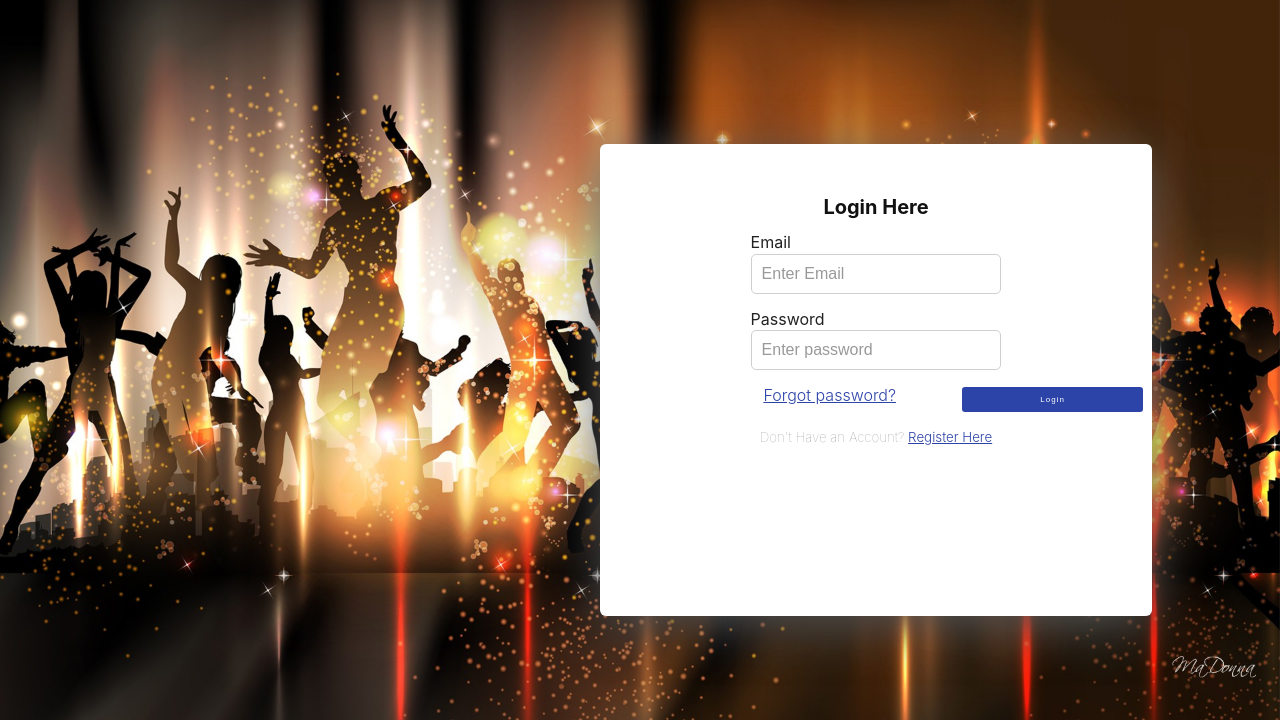
Repository: Fortune-Labs/Event-management-system-CapstoneG3
Page: /login (app in frontend/)
The author's editor kept a copy of each file at every save. The page is drawn from the files as they stood at one save, then again after the next save.
The browser window is 1280 px wide. The pictures show the whole page.
The project was rebuilt for these pictures with package versions that can differ from the ones it lists, and the page was loaded fresh each time. Also part of the build but not shown: frontend/src/components/LoginSignup/errorMessages.js, frontend/src/components/LoginSignup/register.jsx, frontend/src/components/LoginSignup/verificationCode.jsx, frontend/src/components/LoginSignup/passwordReset.jsx.

Above is the page before, as saved 2020-09-09 13:42:24.

### frontend/src/App.js
import React from "react";
import "./App.css";
import Register from "./components/LoginSignup/register";
import Login from "./components/LoginSignup/login";
import passwordReset from "./components/LoginSignup/passwordReset";
import { BrowserRouter, Switch, Route } from "react-router-dom";

function App() {
  return (
    <div className="App">
      <BrowserRouter>
        <Switch>
          <div className="App">
            <Route path="/login" component={Login} />
            <Route path="/passwordReset" component={passwordReset} />
            <Route exact path="/register" component={Register} />
          </div>
        </Switch>
      </BrowserRouter>
    </div>
  );
}

export default App;

### frontend/src/components/LoginSignup/login.jsx
import React, { Component } from "react";
import "./style.css";
import { Link } from "react-router-dom";

class Login extends Component {
  render() {
    return (
      <div className="login-wrapper">
        <div className="login-form-wrapper">
          <h1 className="login-header">Login Here</h1>

          <form className="login-form">
            <div className="login-email">
              <label>Email</label>
              <input type="text" name="email" placeholder="Enter Email" />
            </div>

            <div className="login-password">
              <label>Password</label>
              <input
                name="password"
                type="password"
                placeholder="Enter password"
                required
              ></input>
            </div>

            <div className="login">
              <div className="reset-pwd">
                <Link to="/passwordReset" className="forgot">
                  Forgot password?
                </Link>
              </div>
              <div className="btn">
                <button className="">Login</button>
              </div>
            </div>
            <div>
              <small>
                Don't Have an Account? <Link to="register">Register Here</Link>
              </small>
            </div>
          </form>
        </div>
      </div>
    );
  }
}

export default Login;

### frontend/src/components/LoginSignup/style.css
.wrapper {
  height: 100vh;
  width: 100%;
  display: flex;
  flex-direction: column;
  justify-content: center;
  align-items: center;
  background-color: #f2f2f2;
  margin: 0;
}

.form-wrapper {
  /* height: 100%; */
  min-height: 25rem;
  width: 30%;
  display: flex;
  flex-direction: column;
  padding: 20px;
  border-radius: 6px;
  box-shadow: 0px 10px 50px #555;
  background-color: #ffffff;
}

.register-header {
  text-align: center;
  width: 100%;
  color: #111;
  font-size: 16px;
  font-weight: bold;
  font-family: -apple-system, BlinkMacSystemFont, "Segoe UI", Roboto, Oxygen,
    Ubuntu, Cantarell, "Open Sans", "Helvetica Neue", sans-serif;
}

.register-form {
  width: 100%;
  display: flex;
  flex-wrap: wrap;
  align-items: center;
  justify-content: center;
}

label {
  font-size: 16px;
  margin-bottom: 0.09em;
  color: #222;
  font-weight: 12px;
  text-align: left;
}

input[type="text"],
select {
  padding: 10px 10px;
  border-radius: 5px;
  outline: none;
  border: 1px solid #cfcfcf;
  font-size: 0.8em;
}
input[type="password"] {
  padding: 10px 10px;
  border-radius: 5px;
  outline: none;
  border: 1px solid #cfcfcf;
  font-size: 0.6em;
}

input[type="tel"] {
  padding: 10px 10px;
  border-radius: 5px;
  outline: none;
  border: 1px solid #cfcfcf;
  font-size: 0.6em;
}
input::placeholder {
  font-size: 1em;
  font-weight: lighter;
  color: #999;
}

.firstName,
.email,
.cpassword,
.phone {
  margin-right: 1%;
}

.lastName,
.password,
.address,
.username {
  margin-left: 1%;
}

.firstName,
.lastName,
.email,
.password,
.cpassword,
.phone,
.address,
.username {
  display: flex;
  flex-direction: column;
  margin-bottom: 15px;
}

.firstName,
.lastName,
.email,
.password,
.cpassword,
.address,
.phone,
.username {
  width: 49%;
}

.register {
  width: 100%;
  display: flex;
  flex-direction: column;
  align-items: center;
}

.register button {
  background-color: #2c43a8;
  color: #fff;
  border: 2px solid #fff;
  border-radius: 5px;
  width: 40%;
  margin-top: 1em;
  padding: 8px 0px;
  font-size: 0.7em;
  font-weight: lighter;
  letter-spacing: 1px;
  margin-bottom: 0.25em;
}

.register button:hover {
  color: #519e8a;
  background-color: #fff;
  border: 2px solid #519e8a;
}

.register small {
  color: #999;
  font-weight: lighter;
}
/* Login style */

.login-wrapper {
  height: 100vh;
  width: 100%;
  display: flex;
  flex-direction: column;
  justify-content: center;
  align-items: center;
  background-image: url("../Images/login-background.jpg");
  background-size: cover;
  background-color: #f2f2f2;
  margin: 0;
  position: relative;
}

.login-form-wrapper {
  height: 60%;
  width: 40%;
  display: flex;
  position: absolute;
  right: 10%;
  margin-right: -25;
  top: 20%;
  margin-top: -25;
  overflow: hidden;
  flex-direction: column;
  padding: 20px;
  border-radius: 6px;
  box-shadow: 0px 10px 50px #555;
  background-color: #ffffff;
}

.login-header {
  text-align: center;
  width: 100%;
  color: #111;
  font-size: 20px;
  font-weight: bold;
  margin-top: 6%;
  font-family: -apple-system, BlinkMacSystemFont, "Segoe UI", Roboto, Oxygen,
    Ubuntu, Cantarell, "Open Sans", "Helvetica Neue", sans-serif;
}

.login-form-wrapper input {
  padding: 10px 10px;
  border-radius: 5px;
  outline: none;
  border: 1px solid #cfcfcf;
  font-size: 1em;
}

.login-form-wrapper input::placeholder {
  font-size: 1em;
  font-weight: lighter;
  color: #999;
}
.login-form {
  width: 100%;
  display: flex;
  flex-direction: column;
  align-items: center;
  justify-content: center;
}

.login-email,
.login-password {
  display: flex;
  flex-direction: column;
  margin-bottom: 15px;
  width: 49%;
  text-align: center;
  justify-content: center;
}

.login {
  display: flex;
  flex-direction: row;
  margin-bottom: 10px;
}

.reset-pwd {
  align-content: left;
  justify-content: left;
}

.login button {
  background-color: #2c43a8;
  color: #fff;
  border: 2px solid #fff;
  border-radius: 5px;
  width: 200%;
  /*  margin-top: 1em; */
  margin-left: 4rem;
  padding: 8px 0px;
  font-size: 0.5em;
  font-weight: lighter;
  letter-spacing: 1px;
  margin-bottom: 0.25em;
  /* right: 0; */
  /* float: left; */
}

.login button:hover {
  color: #519e8a;
  background-color: #fff;
  border: 2px solid #519e8a;
}

small {
  color: #999;
  font-weight: lighter;
}

/* general anchor tags */
a:link,
a:visited {
  color: #2c43a8;
  font-weight: 300;
}

a:hover,
a:active {
  color: #519e8a;
}

/* Extra small devices (phones, 600px and down) */
@media only screen and (max-width: 480px) {
  .form-wrapper {
    /* height: 100%; */
    min-height: 15rem;
    width: 80%;
  }
}
@media only screen and (max-width: 770px) {
  .form-wrapper {
    /* height: 100%; */
    min-height: 15rem;
    margin-top: 2rem;
    width: 80%;
  }
  .wrapper {
    height: 100%;
    padding: 2rem !important;
  }
}

@media only screen and (max-width: 812px) {
  .form-wrapper {
    /* height: 100%; */
    min-height: 15rem;
    margin-top: 2rem;
    width: 80%;
  }
  .wrapper {
    height: 100%;
    padding: 0 0 5rem;
  }
}

Loaded but not shown: frontend/public/index.html (common file); frontend/src/index.js (common file); frontend/src/index.css (common file); frontend/src/serviceWorker.js (common file); frontend/src/App.css (common file)

After the next save:
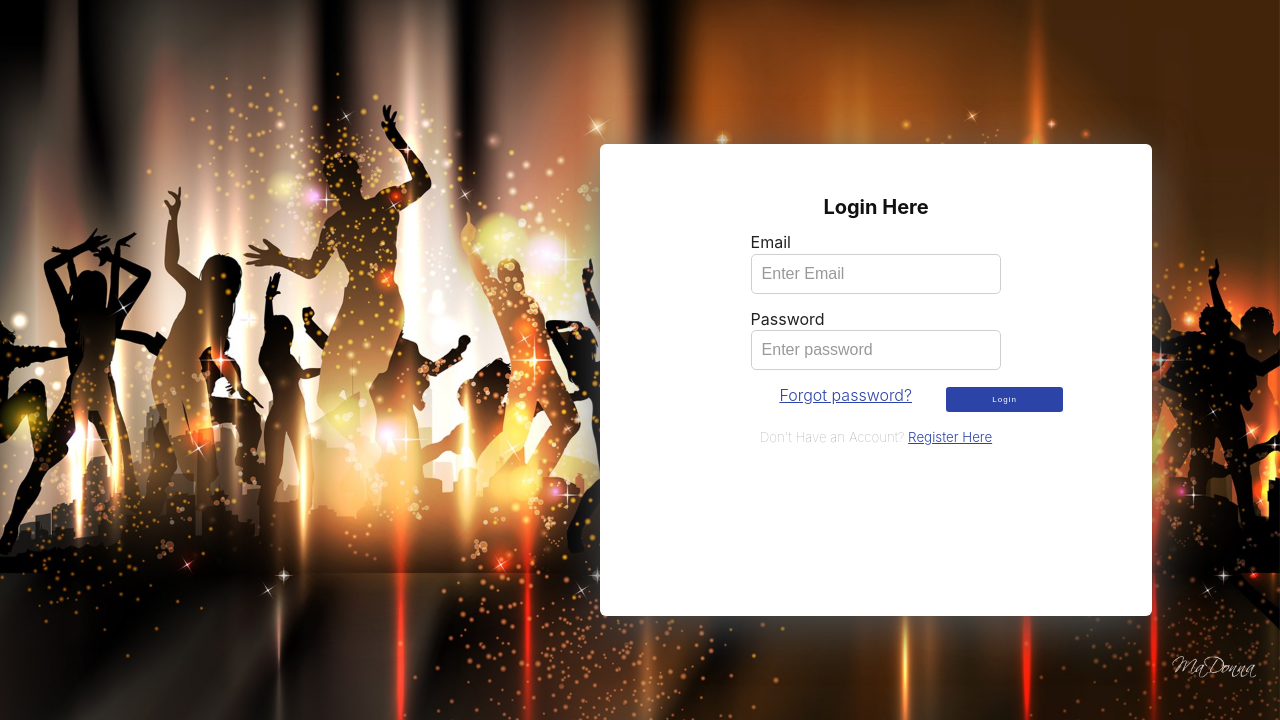
Saved 4 s later.
--- a/frontend/src/components/LoginSignup/style.css
+++ b/frontend/src/components/LoginSignup/style.css
@@ -238,7 +238,7 @@ input::placeholder {
   border-radius: 5px;
   width: 200%;
   /*  margin-top: 1em; */
-  margin-left: 4rem;
+  margin-left: 2rem;
   padding: 8px 0px;
   font-size: 0.5em;
   font-weight: lighter;
